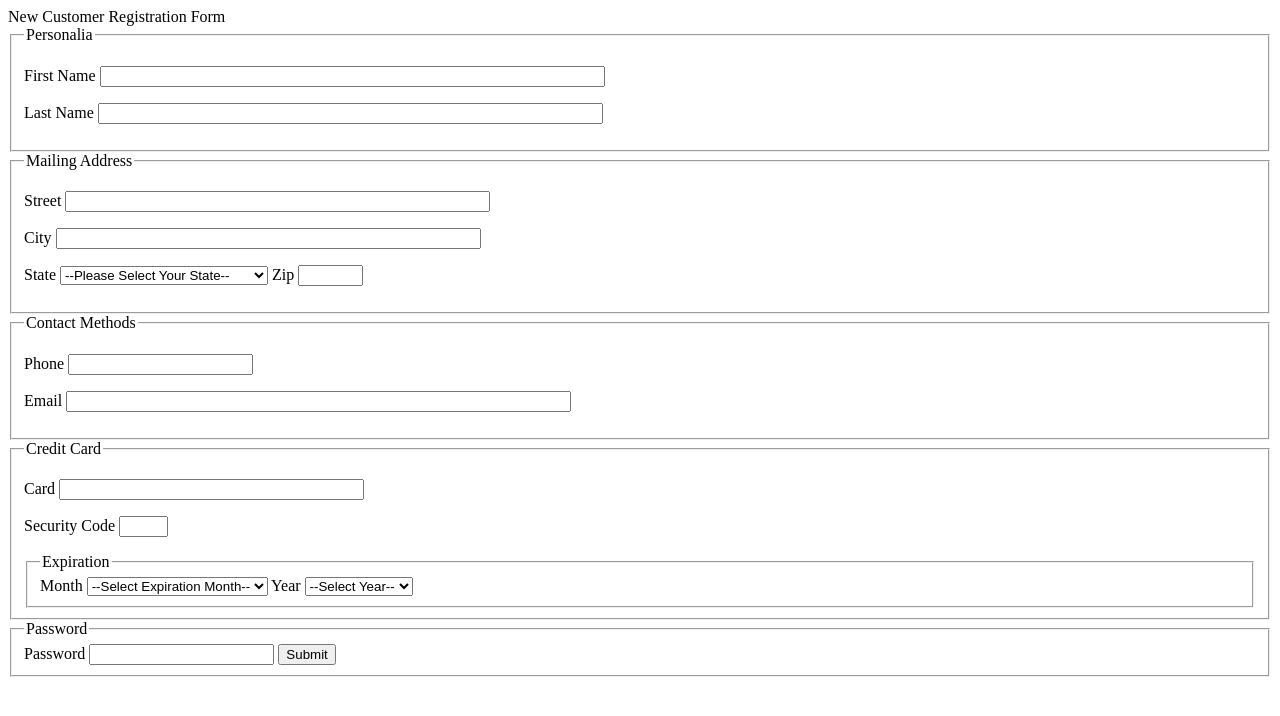
Repository: banjilawal/htdocs
Page: http://localhost/controls/new_customer-form.php
An editor plug-in stored every save of this project. The page is shown before and after the next save, followed by the edit.
The browser window is 1280 px wide. The pictures show the whole page.
The page is run by PHP 8.4 with error messages shown; the project is at /var/www/html/.

Above is the page before, as saved 2022-03-27 00:03:03.

### shop-0.01/controls/new_customer-form.php
<?php
    require('../models/customer.php');

    #$customer = new Customer();
?>

<!DOCTYPE html>
<html lang="en-us">
<head>
    <meta name="viewport" content="width=device-width, initial-scale=1.0">
    <!--<link rel="stylesheet" type="text/css" href="style.css" media=”screen"/> -->
    <!--<script type="text/javascript" src="script.js"></script> -->
    <!--<script type="text/php" src="script.php"></script> -->

    <title>New Customer Registration</title>
</head>

<body>
<header>
    <hi>New Customer Registration Form</hi>
</header>

<nav>
</nav>
<main>
    <form id='new-customer-form' name='new-customer-form' method="post">
        <fieldset><legend>Personalia</legend>
            <p>
                <label for='firstname'> First Name </label>
                <input type="text" id="firstname" name="firstname" minlength="2" maxlength="50" size="60" pattern="[A-Z]+" required>
            </p>
            <p>
                <label for="lastname"> Last Name </label>
                <input type="text" id="lastname" name="lastname" minlength="2" maxlength="50" size="60" pattern="[A-Z]+" required>
            </p>
        </fieldset>

        <fieldset><legend>Mailing Address</legend>
            <p>
                <label for="street">Street </label>
                <input type="text" id="street" name="street" minlength="2" maxlength="60" size="50" required>
            </p>
            <p>
                <label for="city">City </label>
                <input type="text" id="city" name="city" minlength="2" maxlength="70" size="50" required>
            </p>
            <p>
                <label for="state"> State </label>
                <select id="state" name="state" required>
                    <option value="" selected>--Please Select Your State--</option>
                    <option value="AL">Alabama</option>
                    <option value="AK">Alaska</option>
                    <option value="AS">American Samoa</option>
                    <option value="AZ">Arizona</option>
                    <option value="AR">Arkansas</option>
                    <option value="AA">Armed Forces Americas</option>
                    <option value="AE">Armed Forces Europe</option>
                    <option value="AP">Armed Forces Pacific</option>
                    <option value="CA">California</option>
                    <option value="CO">Colorado</option>
                    <option value="CT">Connecticut</option>
                    <option value="DE">Delaware</option>
                    <option value="DC">District of Columbia</option>
                    <option value="FM">Federated States of Micronesia</option>
                    <option value="FL">Florida</option>
                    <option value="GA">Georgia</option>
                    <option value="GU">Guam</option>
                    <option value="HI">Hawaii</option>
                    <option value="ID">Idaho</option>
                    <option value="IL">Illinois</option>
                    <option value="IN">Indiana</option>
                    <option value="IA">Iowa</option>
                    <option value="KS">Kansas</option>
                    <option value="KY">Kentucky</option>
                    <option value="LA">Louisiana</option>
                    <option value="ME">Maine</option>
                    <option value="MH">Marshall Islands</option>
                    <option value="MD">Maryland</option>
                    <option value="MA">Massachusetts</option>
                    <option value="MI">Michigan</option>
                    <option value="MN">Minnesota</option>
                    <option value="MS">Mississippi</option>
                    <option value="MO">Missouri</option>
                    <option value="MT">Montana</option>
                    <option value="NE">Nebraska</option>
                    <option value="NV">Nevada</option>
                    <option value="NH">New Hampshire</option>
                    <option value="NJ">New Jersey</option>
                    <option value="NM">New Mexico</option>
                    <option value="NY">New York</option>
                    <option value="NC">North Carolina</option>
                    <option value="ND">North Dakota</option>
                    <option value="MP">Northern Mariana Islands</option>
                    <option value="OH">Ohio</option>
                    <option value="OK">Oklahoma</option>
                    <option value="OR">Oregon</option>
                    <option value="PW">Palau</option>
                    <option value="PA">Pennsylvania</option>
                    <option value="PR">Puerto Rico</option>
                    <option value="RI">Rhode Island</option>
                    <option value="SC">South Carolina</option>
                    <option value="SD">South Dakota</option>
                    <option value="TN">Tennessee</option>
                    <option value="TX">Texas</option>
                    <option value="UT">Utah</option>
                    <option value="VT">Vermont</option>
                    <option value="VI">Virgin Islands</option>
                    <option value="VA">Virginia</option>
                    <option value="WA">Washington</option>
                    <option value="WV">West Virginia</option>
                    <option value="WI">Wisconsin</option>
                    <option value="WY">Wyoming</option>
                </select>

                <label for="zip"> Zip </label>
                <input type="text" id="zip" name="zip" maxlength="5" minlength="5" size="5" pattern="[0-9]{5}" required>
            </p>
        </fieldset>

        <fieldset><legend>Contact Methods</legend>
            <p>
                <label for="phone">Phone</label>
                <input type="tel">
            </p>

            <p>
                <label>Email</label>
                <input type="email" size="60" required>
            </p>
        </fieldset>

        <fieldset><legend>Credit Card</legend>
            <p>
                <label for="card">Card</label>
                <input type="text" id="card" name="card" minlength="15" maxlength="25" size="35">
            </p>

            <p>
                <label for="code">Security Code</label>
                <input id="code" name="code" type="text" minlength="3" maxlength="3" size="3" pattern="[0-9]{3}" required>
            </p>

            <fieldset><legend>Expiration</legend>
                <label for="month">Month</label>
                <select>
                    <option value="" select>--Select Expiration Month--</option>
                    <option value="1">January</option>
                    <option value="2">February</option>
                    <option value="3">March</option>
                    <option value="4">April</option>
                    <option value="5">May</option>
                    <option value="6">June</option>
                    <option value="7">July</option>
                    <option value="8">August</option>
                    <option value="9">September</option>
                    <option value="10">October</option>
                    <option value="11">November</option>
                    <option value="12">December</option>
                </select>

                <label for="year">Year</label>
                <select>
                    <option value="" select>--Select Year--</option>
                    <option value="22">22</option>
                    <option value="23">23</option>
                    <option value="24">24</option>
                    <option value="25">25</option>
                    <option value="26">26</option>
                    <option value="27">27</option>
                    <option value="28">28</option>
                    <option value="29">29</option>
                    <option value="00">30</option>
                    <option value="01">31</option>
                    <option value="02">32</option>
                    <option value="03">33</option>
                </select>
            </fieldset>
        </fieldset>

        <fieldset><legend>Password</legend>
            <label for="password">Password</label>
            <input type="password" minlength="8" maxlength="15" size=

        </fieldset>

        <input type="submit" value="Submit">
    </form>
</main>

<footer>
</footer>
</body>
<html>

### shop-0.01/models/customer.php
<?php
    #require_once('creditcard.php');
    require_once('address.php');
    require_once('phone.php');
    require_once('creditcard.php');

    class Customer {
        private $firstname;
        private $lastname;
        private $birthdate;
        private $phone;
        private $email;
        private $address;

        private $id;
        private $card;

        public function __construct($firstname, $lastname, $phone, $email, $address) {

            if (get_class($address) != 'PostalAddress') {
                throw new Exception("address is not of the correct type");
            }

            if (get_class($phone) != 'Phone') {
                throw new Exception("Not a valid phone number", 1);
            }

            $this->firstname = $firstname;
            $this->lastname = $lastname;
            #$this->birthdate = $birthdate;
            $this->phone = $phone;
            $this->email = $email;
            $this->address = $address;
        }

        public function get_firstname () { return $this->firstname; }
        public function get_lastname () { return $this->lastname; }
        public function get_birthdate () { return $this->birthdate; }
        public function get_phone () { return $this->phone; }
        public function get_email () { return $this->email; }
        public function get_address () { return $this->adddress; }

        public function set_firstname ($name) { $this->firstname = $name; }
        public function set_lastname ($name) { $this->lastname = $name; }
        public function set_birthdate ($date) { $this->birthdate = $date; }
        public function set_email ($email) { $this->email = $email; }

        public function set_phone ($phone) {
            if (get_class($phone) != 'Phone')
                throw new Exception("Not a valid phone number");

            $this->phone = $phone;
        }

        public function set_address ($address) {
            if (get_class($address) != 'PostalAddress')
                throw new Exception("address is not of the correct type");

            $this->address = $address;
        }

        public function set_card ($card) {
            if (get_class($card) != 'CreditCard')
                throw new Exception("Not a valid credit card");

            $this->card = $card;
        }

        public function set_id ($id) { $this->id = $id; }


        public function __toString() {
           $string = 'firstname: ' . $this->firstname . '<br>' . PHP_EOL;
           $string .= 'lastname: ' . $this->lastname . '<br>' . PHP_EOL;
          # $string .= 'birthdate: ' . $this->birthdate . '<br>' . PHP_EOL;
           $string .= 'phone: ' . $this->phone . '<br>' . PHP_EOL;
           $string .= 'email: ' . $this->email . '<br>' . PHP_EOL;
           $string .= 'address: ' . $this->address . '<br>' . PHP_EOL;
           $string .= 'card: ' . $this->card . '<br>' . PHP_EOL;

           return $string;
        }

    } // end class Customer

    $date = new ExpirationDate(11, 26);
    $code = new SecurityCode(352);
    $card = new CreditCard('5043-55422-2462-8632', $date, $code);
    #echo $card;

    $phone = new Phone('236', '155','1825');
    $address = new PostalAddress('11681 Theatre Drive North', 'Champlin', 'MN', '55316');

    $customer = new Customer('Hannia', 'Free', $phone, 'hannia-free@aim.com', $address);
    $customer->set_id('CN-38-VDL-M7');
    $customer->set_card($card);

 #   echo $customer;
?>

### shop-0.01/models/address.php
<?php
    class PostalAddress {
        private $street;
        private $city;
        private $state;
        private $zip;

        public function __construct($street, $city, $state, $zip) {
            $this->street = $street;
            $this->city = $city;
            $this->state = $state;
            $this->zip = $zip;
        }

        public function get_street () { return $this->street; }
        public function get_city () { return $this->city; }
        public function get_state () { return $this->state; }
        public function get_zip () { return $this->zip; }
        public function get_card () { return $this->card; }

        public function set_street ($street) { $this->street = $street; }
        public function set_city ($city) { $this->city = $city; }
        public function set_state ($state) { $this->state = $state; }
        public function set_zip ($zip) { $this->zip = $zip; }

        public function __toString () {
            return $this->street . ' ' . $this->city . ', ' . $this->state . ' ' . $this->zip;
        }

    } // end class StreetAddress
  #  $address = new PostalAddress('250 Turners Crossroad South', 'Golden Valley', 'MN', '55416');

  #  echo $address . '\n' .  gettype($address) . '\n' . get_class($address);
?>

### shop-0.01/models/phone.php
<?php
    class Phone {
        private $areaCode;
        private $exchange;
        private $number;

        public function __construct($areaCode, $exchange, $number) {
            if ($this->validate_code($areaCode) == 'fail') {
                throw new Exception("not a valid area code", 1);
            }

            if ($this->validate_code($exchange) == 'fail') {
                throw new Exception("not a valid phone exchange", 1);
            }

            if ($this->validate_number($number) == 'fail') {
                throw new Exception("not a valid extension", 1);
            }

            $this->areaCode = $areaCode;
            $this->exchange = $exchange;
            $this->number = $number;
        }

        public function get_street () { return $this->street; }
        public function get_city () { return $this->city; }
        public function get_state () { return $this->state; }
        public function get_zip () { return $this->zip; }
        public function get_card () { return $this->card; }

        public function set_area_code ($areaCode) {
            if ($this->validate_code($areaCode) == 'fail') {
                throw new Exception("not a valid area code", 1);
            }
            $this->areaCode = $areaCode;
        }

        public function set_exchange ($exchange) {
            if ($this->validate_code($exchange) == 'fail') {
                throw new Exception("not a valid phone exchange", 1);
            }
            $this->exchange = $exchange;
        }

        public function set_number ($number) {
            if ($this->validate_number($number) == 'fail') {
                throw new Exception("not a valid extension", 1);
            }
            $this->number = $number;
        }

        public function __toString () {
            return '(' . $this->areaCode . ') ' . $this->exchange . '-' . $this->number;
        }

        private function validate_code($var) {
            $result = 'fail';

            if (is_string($var)) {
                if ((is_numeric($var) && (strlen($var) == 3)))
                    $result = 'pass';
            }

            if (is_int($var)) {
                if (strlen((string)$var) == 3)
                    $result = 'pass';
            }

            return $result;
        }

        private function validate_number($var) {
            $result = 'fail';

            if (is_string($var)) {
                if ((is_numeric($var) && (strlen($var) == 4)))
                    $result = 'pass';
            }

            if (is_int($var)) {
                if (strlen((string)$var) == 4)
                    $result = 'pass';
            }

            return $result;
        }


    } // end class Phone
$phone = new Phone('340', 679, 8013);
#echo $phone;
?>

### shop-0.01/models/creditcard.php
<?php
    class ExpirationDate {
        private $month;
        private $year;

        public function __construct($month, $year) {
            if ($month < 1 || $month > 12) {
                throw new Exception("not a valid month");

            }

            if ($year < 0 || $year > 99) {
                throw new Exception("Not a valid expiration year");
            }

            $this->month = $month;
            $this->year = $year;
        }

        public function get_month () { return $this->month; }
        public function get_year () { return $this->year; }

        public function set_month ($number) {
            if ($number < 1 || $number> 12) {
                throw new Exception("not a valid expiration month");
            }
            $this->month = $number;
        }

        public function set_year ($number) {
            if ($number < 0 || $number> 99) {
                throw new Exception("not a valid expiration year");
            }
            $this->year = $number;
        }

        public function __toString() {
            return ($this->number_string($this->month) . '/' . $this->number_string($this->year));
          # return '[' . $this->month . ' ' . $this->year . ']';
          # return ('' . $this->get_month() . '/' . $this->get_year());
        }

        private function number_string($number) {
            $text = '' . $number;

            if ($number < 10) $text = '0' . $number;

            return $text;
        }
    } // end class ExpirationDate


    class SecurityCode {
        private $code;

        public function __construct($var) {
            if (is_numeric($var) == false)
                throw new Exception("security code is not a number");

            if (strlen((string)$var) != 3)
                throw new Exception("incorrect security code length");

            $this->code = $var;
        }

        public function get_code () { return $this->code; }

        public function __toString() {
            $text = '' . $this->code;
            return $text;
        }
    }

    class CreditCard {
        private $number;
        private $expiration;
        private $securityCode;

        public function __construct($number, $date, $code) {
            if (get_class($date) != 'ExpirationDate') {
                throw new Exception("date is not an expiration date");
            }

            if (get_class($code) != 'SecurityCode') {
                throw new Exception("code is not a valid credit card security code");
            }

            $this->number = $number;
            $this->expiration = $date;
            $this->securityCode = $code;
        }

        public function get_number () { return $this->number; }
        public function get_expiration () { return $this->expiration; }
        public function get_security_code () { return $this->securityCode; }

        public function set_number ($number) { $this->number = $number; }

        public function set_expiration ($date) {
            if (get_class($date) != 'ExpirationDate')
                throw new Exception("date is not an expiration date");

            $this->expiration = $date;
        }

        public function set_security_code ($code) {
            if (get_class($code) != 'SecurityCode')
                throw new Exception("code is not a valid credit card security code");

            $this->securityCode = $code;
        }

        public function __toString() {
            return 'number: ' . $this->number . ', expiration: ' . $this->expiration . ', security code: ' . $this->securityCode;
        }

        private function validate_number($var) {
            $result = 'fail';

            if (is_string($var)) {
                if ((is_numeric($var) && (strlen($var) == 3)))
                    $result = 'pass';
            }

            if (is_int($var)) {
                if (strlen((string)$var) == 3)
                    $result = 'pass';
            }

            return $result;
        }

        private function validate_securityCode($var) {
            $result = 'fail';

            if (is_string($var)) {
                if ((is_numeric($var) && (strlen($var) == 3)))
                    $result = 'pass';
            }

            if (is_int($var)) {
                if (strlen((string)$var) == 3)
                    $result = 'pass';
            }

            return $result;
        }
    } // end CreditCard class
?>

After the next save:
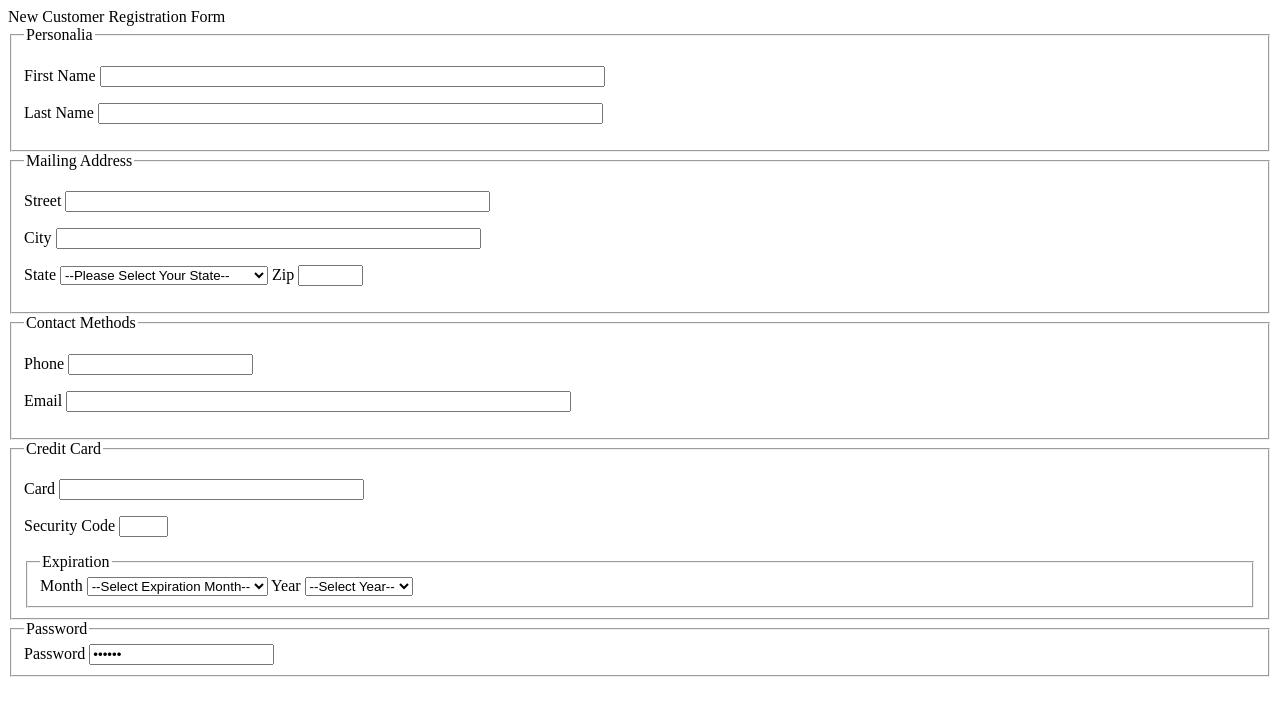
Saved 1 s later.
--- a/shop-0.01/controls/new_customer-form.php
+++ b/shop-0.01/controls/new_customer-form.php
@@ -179,7 +179,7 @@
 
         <fieldset><legend>Password</legend>
             <label for="password">Password</label>
-            <input type="password" minlength="8" maxlength="15" size=
+            <input type="password" minlength="8" maxlength="15" size="
 
         </fieldset>
 
